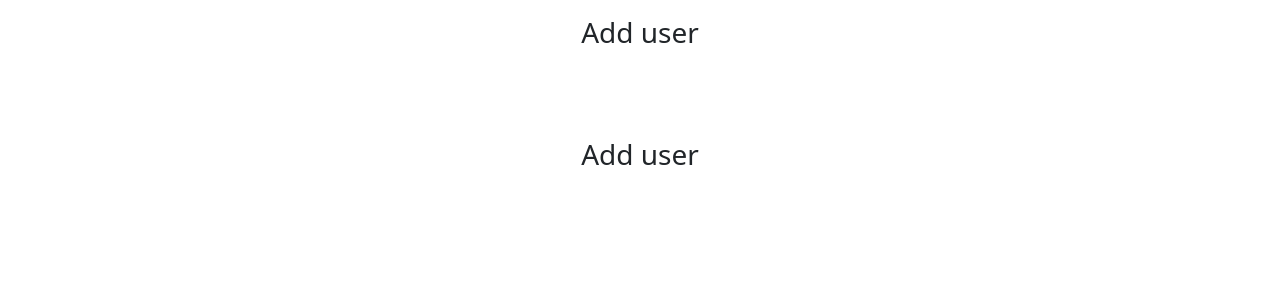
Repository: JVJuvi/ToDoList-jsonplaceholder
Page: /user
These files come from the project's save history. The page is drawn as it stood at one moment and after the next save; the edit follows.
The browser window is 1280 px wide. The pictures show the whole page.
The page's requests for data from a server got no answer. The project was rebuilt for these pictures with package versions that can differ from the ones it lists, and the page was loaded fresh each time. No one was signed in, and anything a server would have sent is missing. Also part of the build but not shown: src/Components/ToDoList/ToDoList.jsx.

Above is the page before, as saved 2021-12-03 13:58:10.

### src/index.js
import React from 'react';
import ReactDOM from 'react-dom';
// import './index.css';
import App from './App';
import "bootstrap/dist/css/bootstrap.min.css";
//setup redux
import { Provider } from 'react-redux';
import { store } from './redux/RootReducer';


ReactDOM.render(
  <Provider store={store}>
    <App />
  </Provider>,
  document.getElementById('root')
);

### src/App.js
// import { Route, Router } from 'react-router-dom';
import ToDoList from "./Components/ToDoList/ToDoList";
import { Router, Route, Switch } from "react-router";
import { createBrowserHistory } from 'history';
import './css/App.css';
import AddUser from "./Components/AddUser/AddUser";
import { User } from "./Components/AddUser/User";


export const history = createBrowserHistory();

function App() {
  return (
    <Router history={history}>
        <Switch>
            <Route path="/todolist" exact component={ToDoList} />
            <Route path="/user" exact component={User} />
            <Route path="/" exact component={ToDoList} />
        </Switch>
    </Router>
  );
}

export default App;

### src/redux/RootReducer.js
import { combineReducers, createStore } from "redux";



const RootReducer = combineReducers({

})

export const store = createStore(RootReducer)

### src/css/App.css
* {
  padding: 0;
  margin: 0;
  -webkit-box-sizing: border-box;
          box-sizing: border-box;
}

p {
  margin-bottom: 0 !important;
}

.user__list {
  display: -webkit-box;
  display: -ms-flexbox;
  display: flex;
  -webkit-box-pack: justify;
      -ms-flex-pack: justify;
          justify-content: space-between;
  text-align: center;
  max-width: 600px;
  margin: 0 auto;
}

.todolist {
  background: #343a40;
  color: #fff;
  max-width: 900px;
  margin: 0 auto;
  padding: 2rem;
}

.todolist h1, .todolist h3 {
  font-weight: 300;
}

.todolist form {
  display: -webkit-box;
  display: -ms-flexbox;
  display: flex;
  -ms-flex-wrap: wrap;
      flex-wrap: wrap;
  gap: 5px;
}

.todolist input, .todolist button {
  padding: 5px;
}

.todolist input {
  -webkit-box-flex: 1;
      -ms-flex: 1 1 25rem;
          flex: 1 1 25rem;
}

.todolist button {
  background: #343a40;
  border: 1px solid #fff;
  margin-left: 10px;
  color: #fff;
  -webkit-transition: all .3s linear;
  transition: all .3s linear;
}

.todolist button:hover {
  color: #343a40;
  background: #e7e4e4;
  border: 1px solid #343a40;
}
/*# sourceMappingURL=App.css.map */

### src/Components/AddUser/AddUser.jsx
import React from 'react'

const AddUser = () => {
    return (
        <div className="container">
            <h3 className="mb-5 mt-3 text-center">Add user</h3>
        </div>
    )
}

export default AddUser

### src/Components/AddUser/User.jsx
import axios from 'axios'
import React, { useEffect, useState } from 'react'
import AddUser from './AddUser';

export const User = () => {

    const [users, setUsers] = useState([]);

    useEffect(()=>{
        getUsers();
    },[])

    const getUsers = async () => {
        try {
            const result = await axios.get('https://jsonplaceholder.typicode.com/users')
            console.log('users', result.data)
            setUsers(result.data);
        } catch(error) {
            console.log('error', error)
        }
    }

    const addUsers = async (name, email) => {
        try {
            const result = await axios.get('https://jsonplaceholder.typicode.com/users',{
                method: 'POST',
                body: JSON.stringify({
                    name: name,
                    body: email,
                }),
                headers: {
                    'Content-type': 'application/json; charset=UTF-8',
                },
            })
            console.log('users', result.data)
            setUsers([...users, result.data]);
        } catch(error) {
            console.log('error', error)
        }
    }

    return (
        <div className="container">
            <h3 className="mb-5 mt-3 text-center">Add user</h3>
            <br />
            <AddUser addUsers={addUsers} />
            <div>
                {
                    users.map((item) => (
                        <div className="user__list" key={item.id}>
                            <span>{item.name}</span>
                            <span>{item.email}</span>
                            <span>
                                <button>edit</button>
                                <button>delete</button>
                            </span>
                        </div>
                    ))
                }
            </div>
        </div>
    )
}

Loaded but not shown: public/index.html (common file)

After the next save:
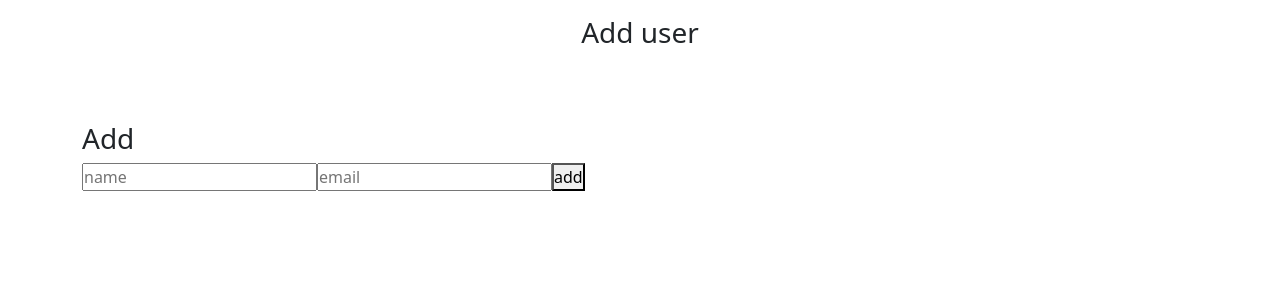
Saved 8 min 59 s later.
--- a/src/Components/AddUser/AddUser.jsx
+++ b/src/Components/AddUser/AddUser.jsx
@@ -1,9 +1,17 @@
 import React from 'react'
 
-const AddUser = () => {
+const AddUser = ({addUsers}) => {
+
+
+
     return (
-        <div className="container">
-            <h3 className="mb-5 mt-3 text-center">Add user</h3>
+        <div>
+            <form>
+                <h3>Add</h3>
+                <input type="text" placeholder="name" name="name" />
+                <input type="email" placeholder="email" name="email" />
+                <button>add</button>
+            </form>
         </div>
     )
 }
